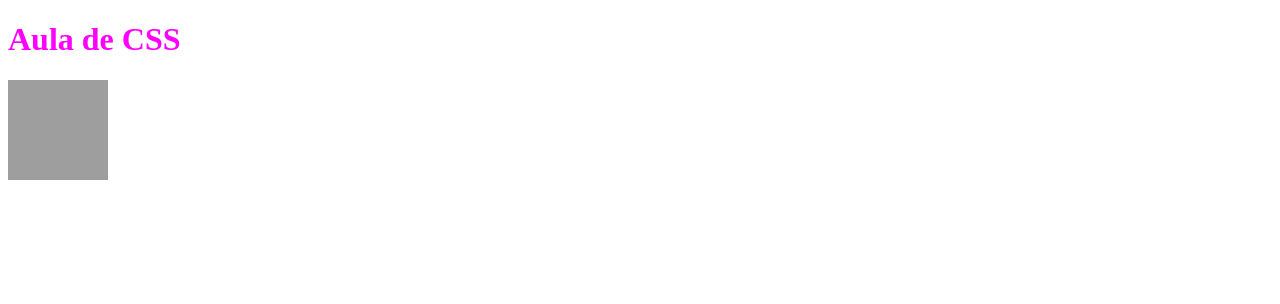
Repository: guilhermecardoso93/we-form
Page: index.html
These files come from the project's save history. The page is drawn as it stood at one moment and after the next save; the edit follows.
The browser window is 1280 px wide. The pictures show the whole page.
Pictures or frames that could not be fetched are drawn as grey boxes.

Above is the page before, as saved 2024-06-07 18:51:42.

### index.html
<!DOCTYPE html>
<html lang="pt-BR">

<head>
    <meta charset="UTF-8">
    <meta name="viewport" content="width=device-width, initial-scale=1.0">
    <link rel="stylesheet" href="./styles.css">
    <title>Aula de CSS</title>
</head>

<body>
    <h1>Aula de CSS</h1>
    <div class="back">
    </div>
</body>

</html>

### styles.css
h1 {
  color: #ff00ff;
}

.back {
  background-color: #000;
  height: 100px;
  width: 100px;
  background-image: url('https://plus.unsplash.com/premium_photo-1670148434900-5f0af77ba500?w=700&auto=format&fit=crop&q=60&ixlib=rb-4.0.3&ixid=M3wxMjA3fDB8MHxzZWFyY2h8MXx8c3BsYXNofGVufDB8fDB8fHww');
  background-size: cover;
}

After the next save:
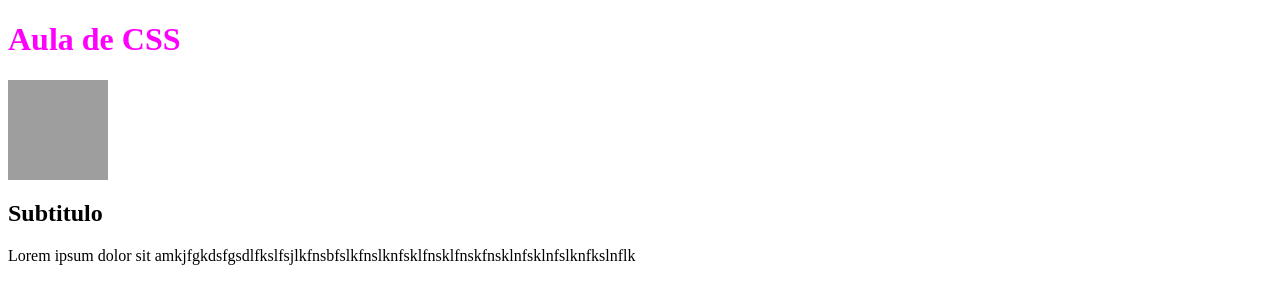
Saved 7 min 30 s later.
--- a/index.html
+++ b/index.html
@@ -12,6 +12,8 @@
     <h1>Aula de CSS</h1>
     <div class="back">
     </div>
+    <h2>Subtitulo</h2>
+    <p>Lorem ipsum dolor sit amkjfgkdsfgsdlfkslfsjlkfnsbfslkfnslknfsklfnsklfnskfnsklnfsklnfslknfkslnflk</p>
 </body>
 
 </html>
